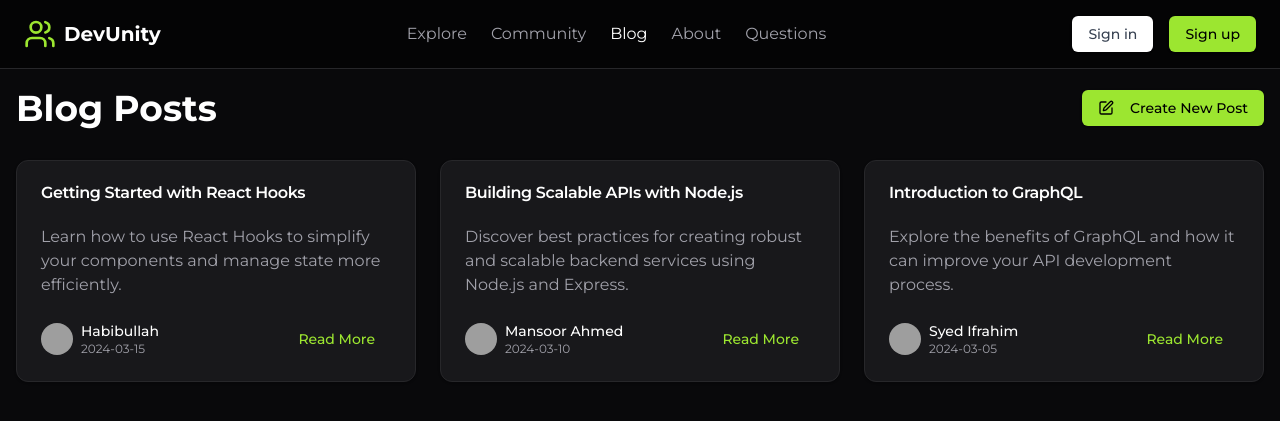
Repository: asadullah48/asadullahshafique_devunity
Page: /blogs
These files come from the project's save history. The page is drawn as it stood at one moment and after the next save; the edit follows.
The browser window is 1280 px wide. The pictures show the whole page.
Pictures or frames that could not be fetched are drawn as grey boxes. The project was rebuilt for these pictures with package versions that can differ from the ones it lists, and the page was loaded fresh each time. The framework's server and built-in components were replaced by stand-ins that run in the browser. Also part of the build but not shown: next.config.js, next.config.ts.

Above is the page before, as saved 2024-11-10 10:27:15.

### src/app/layout.tsx
import type { Metadata } from "next";
import "./globals.css";
import { Montserrat } from "next/font/google";
import Navbar from "@/components/Navbar";

const montserrat = Montserrat({ subsets: ["latin"] });

export const metadata: Metadata = {
  title: "DevUnity",
  description:
    "A collaborative platform for developers to share knowledge, answer questions, and publish blogs",
};

export default function RootLayout({
  children,
}: Readonly<{
  children: React.ReactNode;
}>) {
  return (
    <html lang="en">
      <body className={montserrat.className}>
        <Navbar />
        {children}
      </body>
    </html>
  );
}

### src/app/blogs/page.tsx
import Link from "next/link";
import { Button } from "@/components/ui/button";
import {
  Card,
  CardContent,
  CardFooter,
  CardHeader,
  CardTitle,
} from "@/components/ui/card";
import { Avatar, AvatarFallback, AvatarImage } from "@/components/ui/avatar";
import { PenSquare } from "lucide-react";

export default function BlogPage() {
  const blogPosts = [
    {
      title: "Getting Started with React Hooks",
      excerpt:
        "Learn how to use React Hooks to simplify your components and manage state more efficiently.",
      author: "Habibullah",
      date: "2024-03-15",
      avatar: "/placeholder.svg?height=50&width=50",
    },
    {
      title: "Building Scalable APIs with Node.js",
      excerpt:
        "Discover best practices for creating robust and scalable backend services using Node.js and Express.",
      author: "Mansoor Ahmed",
      date: "2024-03-10",
      avatar: "/placeholder.svg?height=50&width=50",
    },
    {
      title: "Introduction to GraphQL",
      excerpt:
        "Explore the benefits of GraphQL and how it can improve your API development process.",
      author: "Syed Ifrahim ",
      date: "2024-03-05",
      avatar: "/placeholder.svg?height=50&width=50",
    },
  ];

  return (
    <div className="min-h-screen bg-zinc-950">
      <div className="container mx-auto px-4 py-8">
        <div className="flex justify-between items-center mb-8 mt-12 md:mt-14">
          <h1 className="text-2xl md:text-4xl font-bold text-white">
            Blog Posts
          </h1>
          <Button className="bg-[#9CE630] text-black hover:bg-[#8BD520]">
            <PenSquare className="mr-2 h-4 w-4" />
            Create New Post
          </Button>
        </div>
        <div className="grid gap-6 md:grid-cols-2 lg:grid-cols-3">
          {blogPosts.map((post, index) => (
            <Card key={index} className="bg-zinc-900 border-zinc-800">
              <CardHeader>
                <CardTitle className="text-white">{post.title}</CardTitle>
              </CardHeader>
              <CardContent>
                <p className="text-zinc-400">{post.excerpt}</p>
              </CardContent>
              <CardFooter className="flex justify-between items-center">
                <div className="flex items-center space-x-2">
                  <Avatar className="h-8 w-8">
                    <AvatarImage src={post.avatar} alt={post.author} />
                    <AvatarFallback>
                      {post.author
                        .split(" ")
                        .map((n) => n[0])
                        .join("")}
                    </AvatarFallback>
                  </Avatar>
                  <div>
                    <p className="text-sm font-medium text-white">
                      {post.author}
                    </p>
                    <p className="text-xs text-zinc-400">{post.date}</p>
                  </div>
                </div>
                <Button
                  variant="ghost"
                  className="text-[#9CE630] hover:text-[#8BD520] hover:bg-zinc-800"
                >
                  Read More
                </Button>
              </CardFooter>
            </Card>
          ))}
        </div>
      </div>
    </div>
  );
}

### src/app/globals.css
@tailwind base;
@tailwind components;
@tailwind utilities;
@layer base {
  :root {
    --background: 0 0% 100%;
    --foreground: 0 0% 3.9%;
    --card: 0 0% 100%;
    --card-foreground: 0 0% 3.9%;
    --popover: 0 0% 100%;
    --popover-foreground: 0 0% 3.9%;
    --primary: 0 0% 9%;
    --primary-foreground: 0 0% 98%;
    --secondary: 0 0% 96.1%;
    --secondary-foreground: 0 0% 9%;
    --muted: 0 0% 96.1%;
    --muted-foreground: 0 0% 45.1%;
    --accent: 0 0% 96.1%;
    --accent-foreground: 0 0% 9%;
    --destructive: 0 84.2% 60.2%;
    --destructive-foreground: 0 0% 98%;
    --border: 0 0% 89.8%;
    --input: 0 0% 89.8%;
    --ring: 0 0% 3.9%;
    --chart-1: 12 76% 61%;
    --chart-2: 173 58% 39%;
    --chart-3: 197 37% 24%;
    --chart-4: 43 74% 66%;
    --chart-5: 27 87% 67%;
    --radius: 0.5rem;
  }
  .dark {
    --background: 0 0% 3.9%;
    --foreground: 0 0% 98%;
    --card: 0 0% 3.9%;
    --card-foreground: 0 0% 98%;
    --popover: 0 0% 3.9%;
    --popover-foreground: 0 0% 98%;
    --primary: 0 0% 98%;
    --primary-foreground: 0 0% 9%;
    --secondary: 0 0% 14.9%;
    --secondary-foreground: 0 0% 98%;
    --muted: 0 0% 14.9%;
    --muted-foreground: 0 0% 63.9%;
    --accent: 0 0% 14.9%;
    --accent-foreground: 0 0% 98%;
    --destructive: 0 62.8% 30.6%;
    --destructive-foreground: 0 0% 98%;
    --border: 0 0% 14.9%;
    --input: 0 0% 14.9%;
    --ring: 0 0% 83.1%;
    --chart-1: 220 70% 50%;
    --chart-2: 160 60% 45%;
    --chart-3: 30 80% 55%;
    --chart-4: 280 65% 60%;
    --chart-5: 340 75% 55%;
  }
}
@layer base {
  * {
    @apply border-border;
  }
  body {
    @apply bg-background text-foreground;
  }
}

@keyframes fade-in-up {
  from {
    opacity: 0;
    transform: translateY(20px);
  }
  to {
    opacity: 1;
    transform: translateY(0);
  }
}

.animate-fade-in-up {
  animation: fade-in-up 1s ease-out;
}

.animation-delay-1000 {
  animation-delay: 1s;
}

### src/components/Navbar.tsx
// "use client";

// import React, { useState } from "react";
// import Link from "next/link";
// import { Button } from "@/components/ui/button";
// import { Users } from "lucide-react";
// import { CgMenuRight } from "react-icons/cg";
// import {
//   Sheet,
//   SheetContent,
//   SheetTitle,
//   SheetTrigger,
// } from "@/components/ui/sheet";
// import { usePathname } from "next/navigation";

// const Navbar = () => {
//   const [isOpen, setIsOpen] = useState(false);
//   const pathname = usePathname();

//   const closeSheet = () => setIsOpen(false);

//   return (
//     <nav className="border-b z-50 absolute w-full bg-black/50 border-zinc-800">
//       <div className="container mx-auto flex items-center justify-between p-4 lg:px-6">
//         <Link className="flex items-center space-x-2" href="/">
//           <Users className="h-8 w-8 text-[#9CE630]" />
//           <span className="text-xl font-bold text-white">DevUnity</span>
//         </Link>
//         <div className="hidden lg:flex items-center space-x-6">
//           <Link className="text-zinc-400 hover:text-white" href="/explore">
//             Explore
//           </Link>
//           <Link className="text-zinc-400 hover:text-white" href="/community">
//             Community
//           </Link>
//           <Link className="text-zinc-400 hover:text-white" href="/blogs">
//             Blog
//           </Link>
//           <Link className="text-zinc-400 hover:text-white" href="/about">
//             About
//           </Link>
//           <Link className="text-zinc-400 hover:text-white" href="/question">
//             Questions
//           </Link>
//         </div>
//         <div className="flex items-center space-x-4">
//           <Button className="text-gray-700 hover:text-black bg-white hover:bg-white/80 ">
//             Sign in
//           </Button>
//           <Button className="bg-[#9CE630] text-black hover:bg-[#8BD520] hidden lg:block">
//             Sign up
//           </Button>
//           <Sheet open={isOpen} onOpenChange={setIsOpen}>
//             <SheetTrigger asChild className="lg:hidden">
//               <CgMenuRight className="h-6 w-6 text-white" />
//             </SheetTrigger>
//             <SheetContent
//               side="right"
//               className="w-[300px] sm:w-[400px] bg-zinc-900 border-none"
//             >
//               <Link href="/" onClick={closeSheet}>
//                 <SheetTitle className="text-bold text-white flex items-center">
//                   <Users className="mr-2 text-[#9CE630]" />
//                   DevUnity
//                 </SheetTitle>
//               </Link>
//               <nav className="flex flex-col space-y-4 mt-8">
//                 <Link
//                   className="text-zinc-400 hover:text-white"
//                   href="/explore"
//                   onClick={closeSheet}
//                 >
//                   Explore
//                 </Link>
//                 <Link
//                   className="text-zinc-400 hover:text-white"
//                   href="/community"
//                   onClick={closeSheet}
//                 >
//                   Community
//                 </Link>
//                 <Link
//                   className="text-zinc-400 hover:text-white"
//                   href="/blogs"
//                   onClick={closeSheet}
//                 >
//                   Blog
//                 </Link>
//                 <Link
//                   className="text-zinc-400 hover:text-white"
//                   href="/about"
//                   onClick={closeSheet}
//                 >
//                   About
//                 </Link>
//                 <Link
//                   className="text-zinc-400 hover:text-white"
//                   href="/question"
//                   onClick={closeSheet}
//                 >
//                   Questions
//                 </Link>
//                 <Button
//                   className="bg-[#9CE630] text-black hover:bg-[#8BD520] w-full mt-4"
//                   onClick={closeSheet}
//                 >
//                   Sign up
//                 </Button>
//               </nav>
//             </SheetContent>
//           </Sheet>
//         </div>
//       </div>
//     </nav>
//   );
// };

// export default Navbar;

"use client";

import React, { useState } from "react";
import Link from "next/link";
import { Button } from "@/components/ui/button";
import { Users } from "lucide-react";
import { CgMenuRight } from "react-icons/cg";
import {
  Sheet,
  SheetContent,
  SheetTitle,
  SheetTrigger,
} from "@/components/ui/sheet";
import { usePathname } from "next/navigation";

const Navbar = () => {
  const [isOpen, setIsOpen] = useState(false);
  const pathname = usePathname(); // Get the current path

  const closeSheet = () => setIsOpen(false);

  // Function to set active class based on path
  const linkClasses = (path: any) =>
    pathname === path ? "text-white" : "text-zinc-400 hover:text-white";

  return (
    <nav className="border-b z-50 absolute w-full bg-black/50 border-zinc-800">
      <div className="container mx-auto flex items-center justify-between p-4 lg:px-6">
        <Link className="flex items-center space-x-2" href="/">
          <Users className="h-8 w-8 text-[#9CE630]" />
          <span className="text-xl font-bold text-white">DevUnity</span>
        </Link>
        <div className="hidden lg:flex items-center space-x-6">
          <Link className={linkClasses("/explore")} href="/explore">
            Explore
          </Link>
          <Link className={linkClasses("/community")} href="/community">
            Community
          </Link>
          <Link className={linkClasses("/blogs")} href="/blogs">
            Blog
          </Link>
          <Link className={linkClasses("/about")} href="/about">
            About
          </Link>
          <Link className={linkClasses("/question")} href="/question">
            Questions
          </Link>
        </div>
        <div className="flex items-center space-x-4">
          <Button className="text-gray-700 hover:text-black bg-white hover:bg-white/80 ">
            Sign in
          </Button>
          <Button className="bg-[#9CE630] text-black hover:bg-[#8BD520] hidden lg:block">
            Sign up
          </Button>
          <Sheet open={isOpen} onOpenChange={setIsOpen}>
            <SheetTrigger asChild className="lg:hidden">
              <CgMenuRight className="h-6 w-6 text-white" />
            </SheetTrigger>
            <SheetContent
              side="right"
              className="w-[300px] sm:w-[400px] bg-zinc-900 border-none"
            >
              <Link href="/" onClick={closeSheet}>
                <SheetTitle className="text-bold text-white flex items-center">
                  <Users className="mr-2 text-[#9CE630]" />
                  DevUnity
                </SheetTitle>
              </Link>
              <nav className="flex flex-col space-y-4 mt-8">
                <Link
                  className={linkClasses("/explore")}
                  href="/explore"
                  onClick={closeSheet}
                >
                  Explore
                </Link>
                <Link
                  className={linkClasses("/community")}
                  href="/community"
                  onClick={closeSheet}
                >
                  Community
                </Link>
                <Link
                  className={linkClasses("/blogs")}
                  href="/blogs"
                  onClick={closeSheet}
                >
                  Blog
                </Link>
                <Link
                  className={linkClasses("/about")}
                  href="/about"
                  onClick={closeSheet}
                >
                  About
                </Link>
                <Link
                  className={linkClasses("/question")}
                  href="/question"
                  onClick={closeSheet}
                >
                  Questions
                </Link>
                <Button
                  className="bg-[#9CE630] text-black hover:bg-[#8BD520] w-full mt-4"
                  onClick={closeSheet}
                >
                  Sign up
                </Button>
              </nav>
            </SheetContent>
          </Sheet>
        </div>
      </div>
    </nav>
  );
};

export default Navbar;

### src/components/ui/button.tsx
import * as React from "react"
import { Slot } from "@radix-ui/react-slot"
import { cva, type VariantProps } from "class-variance-authority"

import { cn } from "@/lib/utils"

const buttonVariants = cva(
  "inline-flex items-center justify-center gap-2 whitespace-nowrap rounded-md text-sm font-medium transition-colors focus-visible:outline-none focus-visible:ring-1 focus-visible:ring-ring disabled:pointer-events-none disabled:opacity-50 [&_svg]:pointer-events-none [&_svg]:size-4 [&_svg]:shrink-0",
  {
    variants: {
      variant: {
        default:
          "bg-primary text-primary-foreground shadow hover:bg-primary/90",
        destructive:
          "bg-destructive text-destructive-foreground shadow-sm hover:bg-destructive/90",
        outline:
          "border border-input bg-background shadow-sm hover:bg-accent hover:text-accent-foreground",
        secondary:
          "bg-secondary text-secondary-foreground shadow-sm hover:bg-secondary/80",
        ghost: "hover:bg-accent hover:text-accent-foreground",
        link: "text-primary underline-offset-4 hover:underline",
      },
      size: {
        default: "h-9 px-4 py-2",
        sm: "h-8 rounded-md px-3 text-xs",
        lg: "h-10 rounded-md px-8",
        icon: "h-9 w-9",
      },
    },
    defaultVariants: {
      variant: "default",
      size: "default",
    },
  }
)

export interface ButtonProps
  extends React.ButtonHTMLAttributes<HTMLButtonElement>,
    VariantProps<typeof buttonVariants> {
  asChild?: boolean
}

const Button = React.forwardRef<HTMLButtonElement, ButtonProps>(
  ({ className, variant, size, asChild = false, ...props }, ref) => {
    const Comp = asChild ? Slot : "button"
    return (
      <Comp
        className={cn(buttonVariants({ variant, size, className }))}
        ref={ref}
        {...props}
      />
    )
  }
)
Button.displayName = "Button"

export { Button, buttonVariants }

### src/components/ui/card.tsx
import * as React from "react"

import { cn } from "@/lib/utils"

const Card = React.forwardRef<
  HTMLDivElement,
  React.HTMLAttributes<HTMLDivElement>
>(({ className, ...props }, ref) => (
  <div
    ref={ref}
    className={cn(
      "rounded-xl border bg-card text-card-foreground shadow",
      className
    )}
    {...props}
  />
))
Card.displayName = "Card"

const CardHeader = React.forwardRef<
  HTMLDivElement,
  React.HTMLAttributes<HTMLDivElement>
>(({ className, ...props }, ref) => (
  <div
    ref={ref}
    className={cn("flex flex-col space-y-1.5 p-6", className)}
    {...props}
  />
))
CardHeader.displayName = "CardHeader"

const CardTitle = React.forwardRef<
  HTMLDivElement,
  React.HTMLAttributes<HTMLDivElement>
>(({ className, ...props }, ref) => (
  <div
    ref={ref}
    className={cn("font-semibold leading-none tracking-tight", className)}
    {...props}
  />
))
CardTitle.displayName = "CardTitle"

const CardDescription = React.forwardRef<
  HTMLDivElement,
  React.HTMLAttributes<HTMLDivElement>
>(({ className, ...props }, ref) => (
  <div
    ref={ref}
    className={cn("text-sm text-muted-foreground", className)}
    {...props}
  />
))
CardDescription.displayName = "CardDescription"

const CardContent = React.forwardRef<
  HTMLDivElement,
  React.HTMLAttributes<HTMLDivElement>
>(({ className, ...props }, ref) => (
  <div ref={ref} className={cn("p-6 pt-0", className)} {...props} />
))
CardContent.displayName = "CardContent"

const CardFooter = React.forwardRef<
  HTMLDivElement,
  React.HTMLAttributes<HTMLDivElement>
>(({ className, ...props }, ref) => (
  <div
    ref={ref}
    className={cn("flex items-center p-6 pt-0", className)}
    {...props}
  />
))
CardFooter.displayName = "CardFooter"

export { Card, CardHeader, CardFooter, CardTitle, CardDescription, CardContent }

### src/components/ui/avatar.tsx
"use client"

import * as React from "react"
import * as AvatarPrimitive from "@radix-ui/react-avatar"

import { cn } from "@/lib/utils"

const Avatar = React.forwardRef<
  React.ElementRef<typeof AvatarPrimitive.Root>,
  React.ComponentPropsWithoutRef<typeof AvatarPrimitive.Root>
>(({ className, ...props }, ref) => (
  <AvatarPrimitive.Root
    ref={ref}
    className={cn(
      "relative flex h-10 w-10 shrink-0 overflow-hidden rounded-full",
      className
    )}
    {...props}
  />
))
Avatar.displayName = AvatarPrimitive.Root.displayName

const AvatarImage = React.forwardRef<
  React.ElementRef<typeof AvatarPrimitive.Image>,
  React.ComponentPropsWithoutRef<typeof AvatarPrimitive.Image>
>(({ className, ...props }, ref) => (
  <AvatarPrimitive.Image
    ref={ref}
    className={cn("aspect-square h-full w-full", className)}
    {...props}
  />
))
AvatarImage.displayName = AvatarPrimitive.Image.displayName

const AvatarFallback = React.forwardRef<
  React.ElementRef<typeof AvatarPrimitive.Fallback>,
  React.ComponentPropsWithoutRef<typeof AvatarPrimitive.Fallback>
>(({ className, ...props }, ref) => (
  <AvatarPrimitive.Fallback
    ref={ref}
    className={cn(
      "flex h-full w-full items-center justify-center rounded-full bg-muted",
      className
    )}
    {...props}
  />
))
AvatarFallback.displayName = AvatarPrimitive.Fallback.displayName

export { Avatar, AvatarImage, AvatarFallback }

### src/components/ui/sheet.tsx
"use client"

import * as React from "react"
import * as SheetPrimitive from "@radix-ui/react-dialog"
import { cva, type VariantProps } from "class-variance-authority"
import { X } from "lucide-react"

import { cn } from "@/lib/utils"

const Sheet = SheetPrimitive.Root

const SheetTrigger = SheetPrimitive.Trigger

const SheetClose = SheetPrimitive.Close

const SheetPortal = SheetPrimitive.Portal

const SheetOverlay = React.forwardRef<
  React.ElementRef<typeof SheetPrimitive.Overlay>,
  React.ComponentPropsWithoutRef<typeof SheetPrimitive.Overlay>
>(({ className, ...props }, ref) => (
  <SheetPrimitive.Overlay
    className={cn(
      "fixed inset-0 z-50 bg-black/80  data-[state=open]:animate-in data-[state=closed]:animate-out data-[state=closed]:fade-out-0 data-[state=open]:fade-in-0",
      className
    )}
    {...props}
    ref={ref}
  />
))
SheetOverlay.displayName = SheetPrimitive.Overlay.displayName

const sheetVariants = cva(
  "fixed z-50 gap-4 bg-background p-6 shadow-lg transition ease-in-out data-[state=closed]:duration-300 data-[state=open]:duration-500 data-[state=open]:animate-in data-[state=closed]:animate-out",
  {
    variants: {
      side: {
        top: "inset-x-0 top-0 border-b data-[state=closed]:slide-out-to-top data-[state=open]:slide-in-from-top",
        bottom:
          "inset-x-0 bottom-0 border-t data-[state=closed]:slide-out-to-bottom data-[state=open]:slide-in-from-bottom",
        left: "inset-y-0 left-0 h-full w-3/4 border-r data-[state=closed]:slide-out-to-left data-[state=open]:slide-in-from-left sm:max-w-sm",
        right:
          "inset-y-0 right-0 h-full w-3/4 border-l data-[state=closed]:slide-out-to-right data-[state=open]:slide-in-from-right sm:max-w-sm",
      },
    },
    defaultVariants: {
      side: "right",
    },
  }
)

interface SheetContentProps
  extends React.ComponentPropsWithoutRef<typeof SheetPrimitive.Content>,
    VariantProps<typeof sheetVariants> {}

const SheetContent = React.forwardRef<
  React.ElementRef<typeof SheetPrimitive.Content>,
  SheetContentProps
>(({ side = "right", className, children, ...props }, ref) => (
  <SheetPortal>
    <SheetOverlay />
    <SheetPrimitive.Content
      ref={ref}
      className={cn(sheetVariants({ side }), className)}
      {...props}
    >
      <SheetPrimitive.Close className="absolute right-4 top-4 rounded-sm opacity-70 ring-offset-background transition-opacity hover:opacity-100 focus:outline-none focus:ring-2 focus:ring-ring focus:ring-offset-2 disabled:pointer-events-none data-[state=open]:bg-secondary">
        <X className="h-4 w-4" />
        <span className="sr-only">Close</span>
      </SheetPrimitive.Close>
      {children}
    </SheetPrimitive.Content>
  </SheetPortal>
))
SheetContent.displayName = SheetPrimitive.Content.displayName

const SheetHeader = ({
  className,
  ...props
}: React.HTMLAttributes<HTMLDivElement>) => (
  <div
    className={cn(
      "flex flex-col space-y-2 text-center sm:text-left",
      className
    )}
    {...props}
  />
)
SheetHeader.displayName = "SheetHeader"

const SheetFooter = ({
  className,
  ...props
}: React.HTMLAttributes<HTMLDivElement>) => (
  <div
    className={cn(
      "flex flex-col-reverse sm:flex-row sm:justify-end sm:space-x-2",
      className
    )}
    {...props}
  />
)
SheetFooter.displayName = "SheetFooter"

const SheetTitle = React.forwardRef<
  React.ElementRef<typeof SheetPrimitive.Title>,
  React.ComponentPropsWithoutRef<typeof SheetPrimitive.Title>
>(({ className, ...props }, ref) => (
  <SheetPrimitive.Title
    ref={ref}
    className={cn("text-lg font-semibold text-foreground", className)}
    {...props}
  />
))
SheetTitle.displayName = SheetPrimitive.Title.displayName

const SheetDescription = React.forwardRef<
  React.ElementRef<typeof SheetPrimitive.Description>,
  React.ComponentPropsWithoutRef<typeof SheetPrimitive.Description>
>(({ className, ...props }, ref) => (
  <SheetPrimitive.Description
    ref={ref}
    className={cn("text-sm text-muted-foreground", className)}
    {...props}
  />
))
SheetDescription.displayName = SheetPrimitive.Description.displayName

export {
  Sheet,
  SheetPortal,
  SheetOverlay,
  SheetTrigger,
  SheetClose,
  SheetContent,
  SheetHeader,
  SheetFooter,
  SheetTitle,
  SheetDescription,
}

Loaded but not shown: src/lib/utils.ts (common file); tailwind.config.ts (common file)

After the next save:
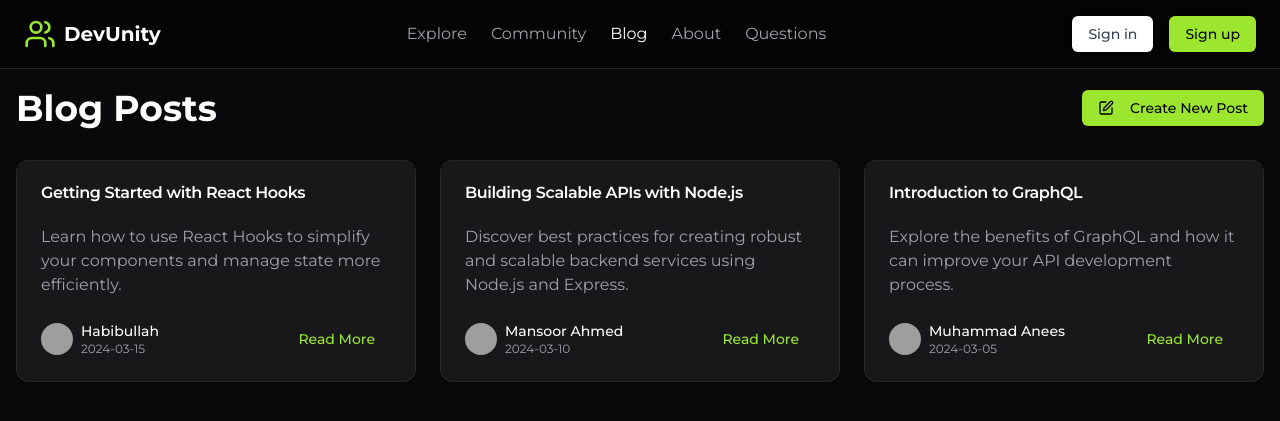
Saved 12 s later.
--- a/src/app/blogs/page.tsx
+++ b/src/app/blogs/page.tsx
@@ -32,7 +32,7 @@ export default function BlogPage() {
       title: "Introduction to GraphQL",
       excerpt:
         "Explore the benefits of GraphQL and how it can improve your API development process.",
-      author: "Syed Ifrahim ",
+      author: "Muhammad Anees ",
       date: "2024-03-05",
       avatar: "/placeholder.svg?height=50&width=50",
     },
